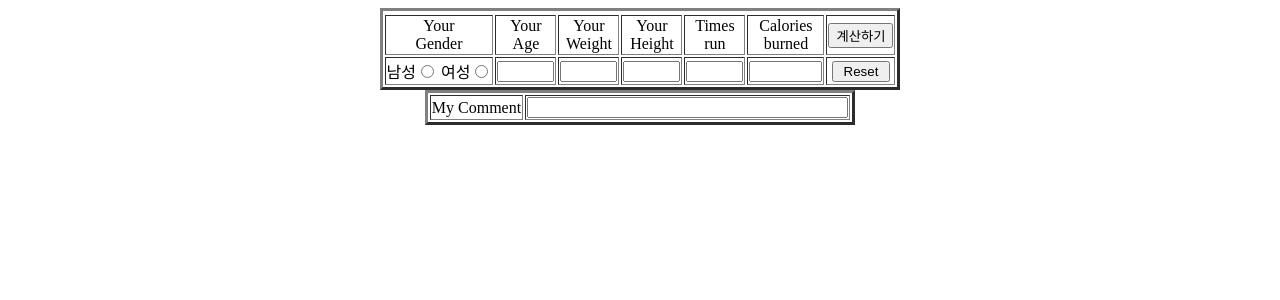
Repository: lgy880/AIWebDevelopment
Page: RUN_WAY/src/main/resources/static/html/ver2.html
The author's editor kept a copy of each file at every save. The page is drawn from the files as they stood at one save, then again after the next save.
The browser window is 1280 px wide. The pictures show the whole page.

Above is the page before, as saved 2021-08-05 06:50:33.

### RUN_WAY/src/main/resources/static/html/ver2.html
<!DOCTYPE html>
<html>
<head>
<meta charset="UTF-8">
<meta name="viewport" content="width=device-width, initial-scale=1.0">
<TITLE>New Document</TITLE>
<META NAME="Generator" CONTENT="EditPlus">
<META NAME="Author" CONTENT="">
<META NAME="Keywords" CONTENT="">
<META NAME="Description" CONTENT="">
</HEAD>

<BODY>
	<SCRIPT LANGUAGE="JavaScript">
		var myGender;
		var myAge;
		var myHeight;
		var myWeight;
		var myDistance;

		function HowMany(form) {
			var difference;
			difference = 0;
			if (myGender == "Male") {
				difference = (66 + (13.7 * myWeight(kg)) + (5 * myHeight(cm)) - (6.8 * myAge)) * 3 / 24 * myTime;
			} else if (myGender == "Female") {
				difference = (55 + (9.6 * myWeight(kg)) + (1.8 * myHeight(cm)) - (4.7 * myAge)) * 3 / 24 * myTime;
			}

			form.Fdiff.value = difference;

			if (difference < 100) {
				form.comment.value = "You better start working!";
			}
			if (difference > 101 && difference < 200) {
				form.comment.value = "Nice run, but you can do better.";
			}
			if (difference > 201 && difference < 300) {
				form.comment.value = "Very good! Push above 300 next time.";
			}
			if (difference > 301 && difference < 500) {
				form.comment.value = "Great! Your a runner.....keep it up!";
			}
			if (difference > 501 && difference < 700) {
				form.comment.value = "Bill Rogers move over!";
			}
			if (difference > 701) {
				form.comment.value = "Your my hero! Have a jelly doughnut.";
			}

		}

		function SetMyWeight(weight) {
			myWeight = weight.value;
		}

		function SetmyDistance(dis) {
			myDistance = dis.value;
		}

		function ClearForm(form) {

			form.myWeight.value = "";
			form.myDistance.value = "";
			form.Fdiff.value = "";
			form.comment.value = "";

		}
	</SCRIPT>
	<center>
		<FORM METHOD="POST">
			<TABLE border=3>
				<TR>
				<TR>
					<TD><div align=center>
							Your<br>Gender
						</div></TD>
					<TD><div align=center>
							Your<br>Age
						</div></TD>
					<TD><div align=center>
							Your<br>Weight
						</div></TD>
					<TD><div align=center>
							Your<br>Height
						</div></TD>
					<TD><div align=center>
							Times<br>run
						</div></TD>

					<TD><div align=center>
							Calories<br>burned
						</div></TD>
					<TD><INPUT TYPE=BUTTON ONCLICK="HowMany(this.form)"
						VALUE="계산하기"></TD>
				</TR>
				<tr>
					<TD><div align=center>
							남성<INPUT TYPE='radio' name="Male" SIZE="4" ONCHANGE="SetMyGender(this)">
							여성<INPUT TYPE='radio' name="Female" SIZE="4" ONCHANGE="SetMyGender(this)">
						</div></TD>
					<TD><div align=center>
							<INPUT TYPE=text NAME=myAge SIZE="4" ONCHANGE="SetmyAge(this)">
						</div></TD>
					<TD><div align=center>
							<INPUT TYPE=text NAME=myWeight SIZE="4"
								ONCHANGE="SetmyWeight(this)">
						</div></TD>
					<TD><div align=center>
							<INPUT TYPE=text NAME=myHeight SIZE="4"
								ONCHANGE="SetmyHeight(this)">
						</div></TD>
					<TD><div align=center>
							<INPUT TYPE=text NAME=myTime SIZE="4" ONCHANGE="SetmyTime(this)">
						</div></TD>
					<TD><div align=center>
							<INPUT TYPE=text NAME="Fdiff" VALUE="" SIZE="6">
						</div></TD>
					<TD><div align=center>
							<INPUT TYPE=BUTTON VALUE=" Reset " onClick="ClearForm(this.form)">
						</div>
				</tr>
			</table>
			<table border=3>
				<tr>
					<TD><DIV ALIGN=CENTER>My Comment</DIV></TD>
					<TD><INPUT TYPE=text NAME="comment" size="37"></td>
				</TR>
			</TABLE>
		</FORM>
	</center>


</BODY>
</HTML>

After the next save:
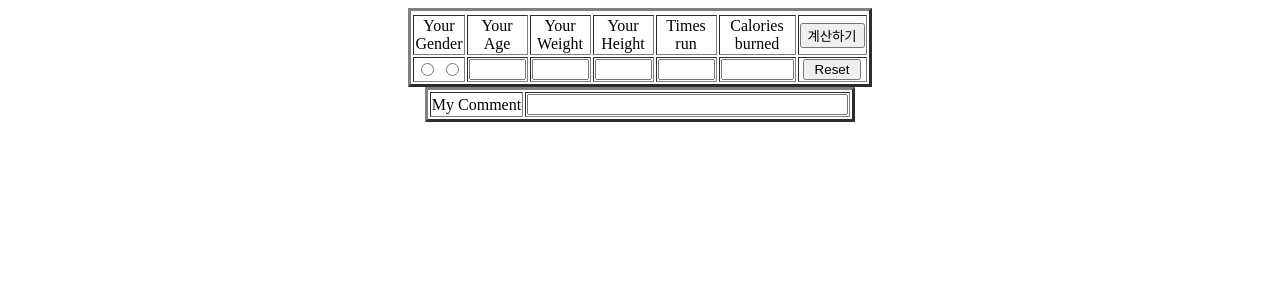
Saved 37 s later.
--- a/RUN_WAY/src/main/resources/static/html/ver2.html
+++ b/RUN_WAY/src/main/resources/static/html/ver2.html
@@ -96,8 +96,8 @@
 				</TR>
 				<tr>
 					<TD><div align=center>
-							남성<INPUT TYPE='radio' name="Male" SIZE="4" ONCHANGE="SetMyGender(this)">
-							여성<INPUT TYPE='radio' name="Female" SIZE="4" ONCHANGE="SetMyGender(this)">
+							<INPUT TYPE='radio' name="Male" value='male' SIZE="4" ONCHANGE="SetMyGender(this)">
+							<INPUT TYPE='radio' name="Female" value='female' SIZE="4" ONCHANGE="SetMyGender(this)">
 						</div></TD>
 					<TD><div align=center>
 							<INPUT TYPE=text NAME=myAge SIZE="4" ONCHANGE="SetmyAge(this)">
